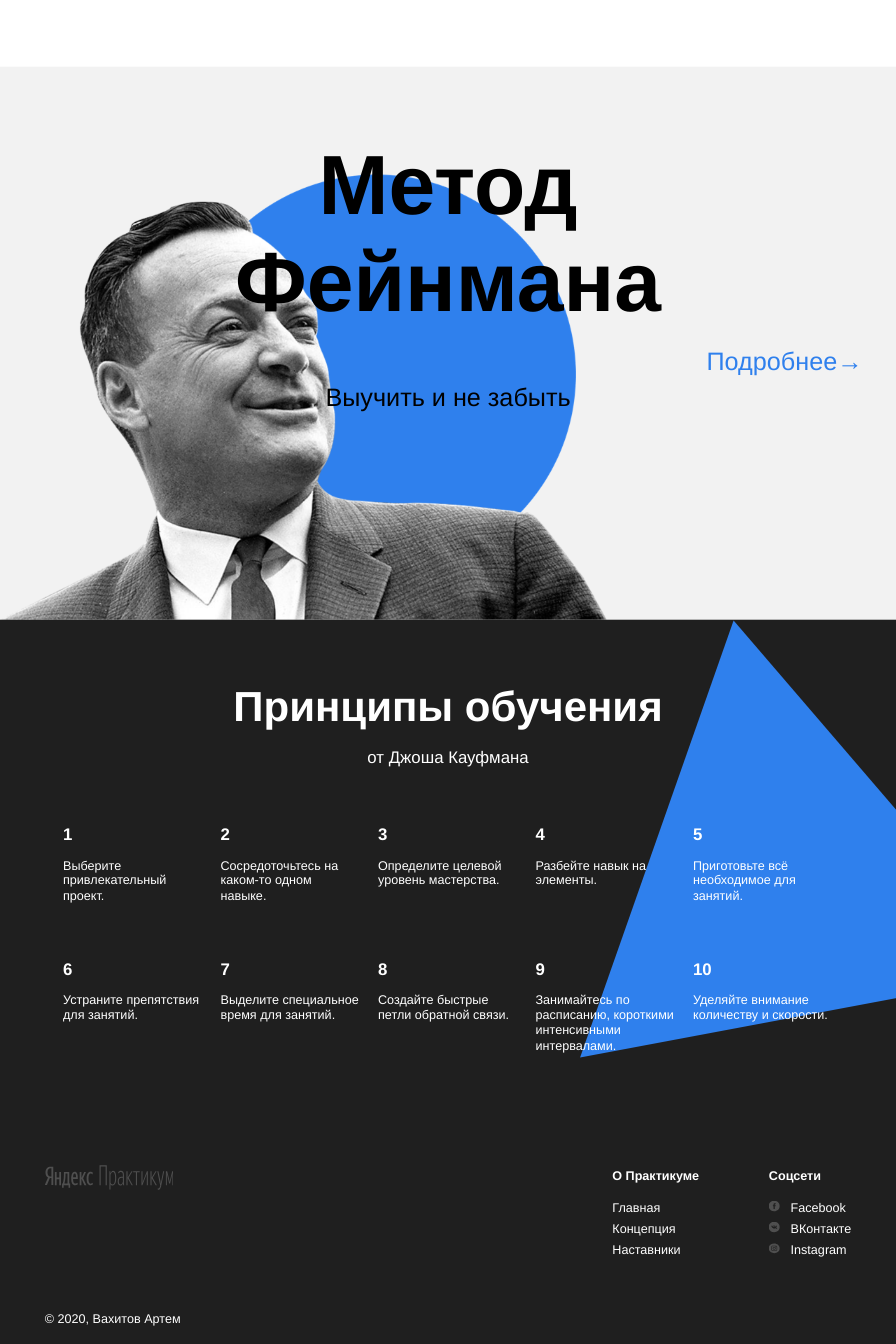
Repository: artemrgrs/how-to-learn
Page: index.html
An editor plug-in stored every save of this project. The page is shown before and after the next save, followed by the edit.
The browser window is 1280 px wide. The pictures show the part of the page from y = 1875 to 3795 px (the page is 3830 px tall before and 3930 px after), at 70% of full size.

Above is the page before, as saved 2020-12-25 10:57:34.

### index.html
<!DOCTYPE html>
<html lang="ru">
  <head>
    <meta charset="UTF-8">
    <meta name="viewport" content="width=device-width, initial-scale=1.0">
    <link rel="stylesheet" href="styles/normalize.css ">
    <link rel="stylesheet" href="styles/style.css">
    <title>Научиться учиться</title>
  </head>
  <body>
    <div class="page">
      <header class="header">
        <a class="logo logo_place_header" href="https://praktikum.yandex.ru/" target="_blank" rel="noopener"></a>
        <h1 class="header__title">Научиться учиться</h1>
        <p class="header__subtitle">Какие современные и эффективные подходы к обучению вы можете использовать в своей жизни?
          <a class="header__link" href="#">Узнать&rarr;</a>
        </p>
        <div class="header__main-illustration"></div>
        <div class="header__square-pic"></div>
      </header>
      <main class="content">
        <section class="description">
          <div class="two-columns">
            <h2 class="two-columns__brief">Главные проблемы в обучении</h2>
            <div class="two-columns__main-text">
              <p class="two-columns__paragraph">Ни в школе, ни в институте нас не учат тому, как правильно изучать материал.
                Мы готовимся к экзаменам и учим билеты. Мы тренируемся решать однообразные задачи, чтобы лучше сдать тест,
                но часто в итоге это не дает нам реального знания. Зубрежка быстро выветривается и не приносит пользы.</p>
              <p class="two-columns__paragraph"><span class="two-columns__span-accent">Вывод:</span>учиться
                тоже нужно уметь, но почему-то этому мало где учат. Что с этим делать?</p>
              <p class="two-columns__paragraph">Конкретные техники и упражнения помогают изменить подход
                к обучению, сделать его эффективным и захватывающим. Эти же техники применяются на примере обучения в Практикуме.</p>
            </div>
          </div>
        </section>
        <section class="digits">
          <h2 class="section-title">Цифры и факты</h2>
          <p class="section-subtitle">Про учёбу и мозг</p>
          <div class="table">
            <div class="table__cell">
              <h3 class="table__heading">86 миллиардов</h3>
              <p class="table__text">Число нейронов в мозге человека</p>
            </div>
            <div class="table__cell">
              <h3 class="table__heading">2.1 миллиарда</h3>
              <p class="table__text">Число нуждающихся в повышении квалификации</p>
              <p class="table__text">Всемирный Банк, 2017</p>
            </div>
            <div class="table__cell">
              <h3 class="table__heading">1000 терабайт</h3>
              <h3 class="table__text">Объём памяти человека</h3>
            </div>
            <div class="table__cell">
              <h3 class="table__heading">500 триллионов</h3>
              <p class="table__text">Число ответственных за обучение нервных синапсов у взрослого человека</p>
            </div>
            <div class="table__cell">
              <h3 class="table__heading">420 миллионов</h3>
              <p class="table__text">Число взрослых людей моложе 25 лет, не имеющих образования для трудоустройства</p>
              <p class="table__text">Всемирный Банк, 2017</p>
            </div>
            <div class="table__cell">
              <h3 class="table__heading">17–20 лет</h3>
              <p class="table__text">Пик обучаемости</p>
            </div>
            <div class="table__cell">
              <h3 class="table__heading">1885 год</h3>
              <p class="table__text">Открытие кривой забывания</p>
            </div>
            <div class="table__cell">
              <h3 class="table__heading">1889 год</h3>
              <p class="table__text">Открытие условного рефлекса</p>
            </div>
          </div>
        </section>
        <section class="feynman">
          <h2 class="feynman__title">Метод Фейнмана</h2>
          <p class="feynman__subtitle">Выучить и не забыть</p>
          <a class="feynman__link" href="#">Подробнее&rarr;</a>
        </section>
        <section class="kaufman">
          <h2 class="section-title section-title_theme_dark">Принципы обучения</h2>
          <p class="section-subtitle section-subtitle_theme_dark">от Джоша Кауфмана</p>
          <div class="table table_theme_dark">
            <div class="table__cell table__cell_theme_dark">
              <h3 class="table__heading table__heading_theme_dark">1</h3>
              <p class="table__text table__text_theme_dark">Выберите привлекательный проект.</p>
            </div>
            <div class="table__cell table__cell_theme_dark">
              <h3 class="table__heading table__heading_theme_dark">2</h3>
              <p class="table__text table__text_theme_dark">Сосредоточьтесь на каком-то одном навыке.</p>
            </div>
            <div class="table__cell table__cell_theme_dark">
              <h3 class="table__heading table__heading_theme_dark">3</h3>
              <h3 class="table__text table__text_theme_dark">Определите целевой уровень мастерства.</h3>
            </div>
            <div class="table__cell table__cell_theme_dark">
              <h3 class="table__heading table__heading_theme_dark">4</h3>
              <p class="table__text table__text_theme_dark">Разбейте навык на элементы.</p>
            </div>
            <div class="table__cell table__cell_theme_dark">
              <h3 class="table__heading table__heading_theme_dark">5</h3>
              <p class="table__text table__text_theme_dark">Приготовьте всё необходимое для занятий.</p>
            </div>
            <div class="table__cell table__cell_theme_dark">
              <h3 class="table__heading table__heading_theme_dark">6</h3>
              <p class="table__text table__text_theme_dark">Устраните препятствия для занятий.</p>
            </div>
            <div class="table__cell table__cell_theme_dark">
              <h3 class="table__heading table__heading_theme_dark">7</h3>
              <p class="table__text table__text_theme_dark">Выделите специальное время для занятий.</p>
            </div>
            <div class="table__cell table__cell_theme_dark">
              <h3 class="table__heading table__heading_theme_dark">8</h3>
              <p class="table__text table__text_theme_dark">Создайте быстрые петли обратной связи.</p>
            </div>
            <div class="table__cell table__cell_theme_dark">
              <h3 class="table__heading table__heading_theme_dark">9</h3>
              <p class="table__text table__text_theme_dark">Занимайтесь по расписанию, короткими интенсивными интервалами.</p>
            </div>
            <div class="table__cell table__cell_theme_dark">
              <h3 class="table__heading table__heading_theme_dark">10</h3>
              <p class="table__text table__text_theme_dark">Уделяйте внимание количеству и скорости.</p>
            </div>
          </div>
          <div class="kaufman__triangle"></div>
        </section>
      </main>
      <footer class="footer">
        <div class="footer__columns">
          <div class="footer__column footer__column_content_copyright">
            <div class="logo logo_place_footer"></div>
            <p class="footer__author">&copy;
            2020, Вахитов Артем</p>
          </div>
            <nav class="footer__column footer__column_content_info">
              <h2 class="footer__column-heading">О Практикуме
              </h2>
                <div class="footer__column-links">
                  <a class="footer__column-link" href="https://praktikum.yandex.ru/" target="_blank" rel="noopener">Главная</a>
                  <a class="footer__column-link" href="https://yandex.ru/support/praktikum/index.html" target="_blank" rel="noopener">Концепция</a>
                  <a class="footer__column-link" href="https://praktikum.yandex.ru/promo/mentors-school" target="_blank" rel="noopener">Наставники</a>
                </div>
            </nav>
            <div class="footer__column footer__column_content_social">
                <h2 class="footer__social-heading">Соцсети
                </h2>
              <div class="footer__column-links">
                <a class="footer__column-link" href="https://www.facebook.com/yandex.praktikum/" target="_blank" rel="noopener">
                  <img class="footer__social-icon" src="images/facebook_color_white.svg" alt="Facebook icon">
                    Facebook
                </a>
                <a class="footer__column-link" href="https://vk.com/yandex.praktikum" target="_blank" rel="noopener">
                  <img class="footer__social-icon" src="images/vk_color_white.svg" alt="VKontakte icon">
                  ВКонтакте
                </a>
                <a class="footer__column-link" href="https://www.instagram.com/yndx.praktikum/?hl=ru" target="_blank" rel="noopener">
                  <img class="footer__social-icon" src="images/instagram_color_white.svg" alt="Istagram icon">
                  Instagram
                </a>
              </div>
            </div>
        </div>
      </footer>
    </div>
  </body>
</html>

### styles/style.css
.page {
  min-width: 1100px;
  /* мы ещё не умеем делать мобильную версию сайта, */
  /* поэтому выше установлена минимальная ширина страницы */
  max-width: 1600px;
  /* выше установили ограничение по максимальной ширине */
  margin: 0 auto;
  /* выше для экранов больше 1600px отцентрировали весь контент */
  font-family: 'Helvetica Neue', Arial, sans-serif;
}

.header {
  display: flex;
  height: 100vh;
  /* выше установили ограничения для секции */
  min-height: 600px;
  max-height: 756px;
  position: relative;
  flex-direction: column;
  justify-content: center;
  background-color: #f2f2f2;
}

.logo {
  width: 183px;
}

.logo_place_header {
  height: 32px;
  position: absolute;
  top: 30px;
  left: 64px;
  background-image: url('../images/logo_place_header.svg');
}

.header__title {
  width: 730px;
  font-size: 102px;
  font-weight: bold;
  line-height: 96px;
  margin-top: 0;
  margin-right: 0;
  margin-bottom: 0;
  margin-left: 64px;
  z-index: 2;
}

.header__subtitle {
  width: 388px;
  position: absolute;
  left: 64px;
  bottom: 30px;
  z-index: 2;
  line-height: 25px;
  font-size: 18px;
  margin: 0;
}

.header__link {
  color: #2f80ed;
  text-decoration: none;
}

.header__main-illustration {
  background-image: url("../images/header-image.png");
  background-size: cover;
  background-position: center;
  background-repeat: no-repeat;
  width: 765px;
  height: 608px;
  position: absolute;
  bottom: 0;
  right: 0;
  z-index: 1;
  margin: 0;
}

/* ниже мы привели пример двух селекторов, чтобы вы вспомнили запись элемента */
.header__square-pic {
  height: 568px;
  width: 568px;
  background-color: #2f80ed;
  position: absolute;
  right: 0;
  top: 64px;
}

.description {
  margin-left: auto;
  margin-right: auto;
}

.two-columns {
  width: 80%;
  min-width: 784px;
  display: flex;
  margin-left: auto;
  margin-right: auto;
  margin-top: 100px;
}

.two-columns__brief {
  min-width: 175px;
  line-height: 1.2;
  font-size: 18px;
  font-weight: normal;
  color: #2f80ed;
  margin:0;
}

.two-columns__main-text {
  width: 80%;
  min-width: 784px;
  display: flex;
  flex-direction: column;
  justify-content: space-between;
}

.two-columns__paragraph {
  line-height: 34px;
  font-size: 24px;
  font-weight: normal;
  display: block;
  margin: 0 0 30px 0;
}

.two-columns__paragraph:last-child {
  margin: 0;
}

.two-columns__span-accent {
  font-weight: bold;
}

.digits {
  display: flex;
  flex-direction: column;
  align-items: center;
  text-align: center;
}

.section-title {
  line-height: 1.15;
  font-size: 60px;
  font-weight: bold;
  margin-top: 100px;
  margin-bottom: 0;
  width: 60%;
}

.section-subtitle {
  line-height: 34px;
  font-size: 24px;
  font-weight: normal;
  margin-top: 20px;
  margin-bottom: 0;
  width: 60%;
}

.table {
  display: flex;
  flex-wrap: wrap;
  justify-content: space-between;
  width: 1100px;
  margin: 0 auto 100px;
  text-align: left;
}

.table__cell {
  width: 250px;
}

.table__heading {
  line-height: 1.15;
  font-size: 24px;
  font-weight: bold;
  padding-top: 60px;
  padding-left: 0;
  padding-right: 0;
  padding-bottom: 0;
  margin: 0;
}

.table__text {
  line-height: 1.2;
  font-size: 18px;
  font-weight: normal;
  padding-top: 20px;
  padding-left: 0;
  padding-bottom: 0;
  padding-right: 0;
  margin: 0;
  vertical-align: text-top;
}

.feynman {
  min-height: 790px;
  background-image: url('../images/feynman.png');
  background-repeat: no-repeat;
  background-position: 0 100%;
  background-size: 867px 637px;
  align-items: center;
  display: flex;
  flex-direction: column;
  position: relative;
  background-color: #f2f2f2;
}

.feynman__title {
  width: 648px;
  margin: 0;
  line-height: 1.15;
  font-size: 120px;
  font-weight: bold;
  text-align: center;
  padding-top: 100px;
}

.feynman__subtitle {
  line-height: 51px;
  font-size: 36px;
  font-weight: normal;
  margin: 0;
  margin-top: 70px;
}

.feynman__link {
  line-height: 51px;
  font-size: 36px;
  font-weight: normal;
  position: absolute;
  top: 50%;
  right: 48px;
  text-decoration: none;
  color: #2f80ed;
}

.kaufman {
  display: flex;
  flex-direction: column;
  align-items: center;
  text-align: center;
  background-color: #1f1f1f;
  position: relative;
  overflow: hidden;
}

.section-title_theme_dark {
  margin-top: 90px;
  color: white;
  z-index: 2;
}

.section-subtitle_theme_dark {
  margin-top: 20px;
  color: white;
  z-index: 2;
}

.table_theme_dark {
  z-index: 2;
}

/* и элемента с модификатором вида ключ-значение */
.table__cell_theme_dark {
  width: 200px;
  color: white;
  margin-right: 0;
  margin-top: 80px;
}

.table__heading_theme_dark {
  padding-top: 0;
}

.table__text_theme_dark {
  padding-top: 20px;
}

.kaufman__triangle {
  position: absolute;
  right: -210px;
  width: 877px;
  height: 877px;
  background-image: url('../images/kaufman-triangle.svg');
  background-size: contain;
}

.footer {
  background-color: #1f1f1f;
  min-height: 350px;
  padding-top: 60px;
  padding-bottom: 40px;
  padding-right: 0;
  padding-left: 0;
  display: flex;
  box-sizing: border-box;
}

.footer__columns {
  display: flex;
  width: 90%;
  margin: 0 auto;
  justify-content: space-between;
}

.footer__column {
  display: flex;
  flex-direction: column;
}

.footer__column_content_copyright {
  justify-content: space-between;
  flex-basis: 711px;
}

.logo_place_footer {
  height: 35px;
  background-image: url('../images/logo_place_footer.svg');
  background-repeat: no-repeat;
}

.footer__author {
  margin: 18px 0;
  line-height: 25px;
  font-size: 18px;
  font-weight: normal;
  color: white;
  display: inline-block;
}

/*.footer__column_content_info {

}*/

.footer__column-heading {
  line-height: 30px;
  font-size: 18px;
  font-weight: bold;
  color: white;
  margin: 0;
}

.footer__column-links {
  display: flex;
  flex-direction: column;
  line-height: 30px;
  font-size: 18px;
  font-weight: normal;
  color: white;
  margin-top: 20px;
  margin-top: 16px;
}

.footer__column-link {
  line-height: 30px;
  font-size: 18px;
  font-weight: normal;
  color: white;
  text-decoration: none;
}

.footer__column_content_social {
  line-height: 30px;
  font-size: 18px;
  font-weight: normal;
  color: white;
}

.footer__social-heading {
  line-height: 30px;
  font-size: 18px;
  font-weight: bold;
  color: white;
  margin: 0;
}

.footer__social-icon {
  width: 16px;
  height: 16px;
  margin-right: 10px;
}

/*just a comment to commit*/

Loaded but not shown: styles/normalize.css (library)

After the next save:
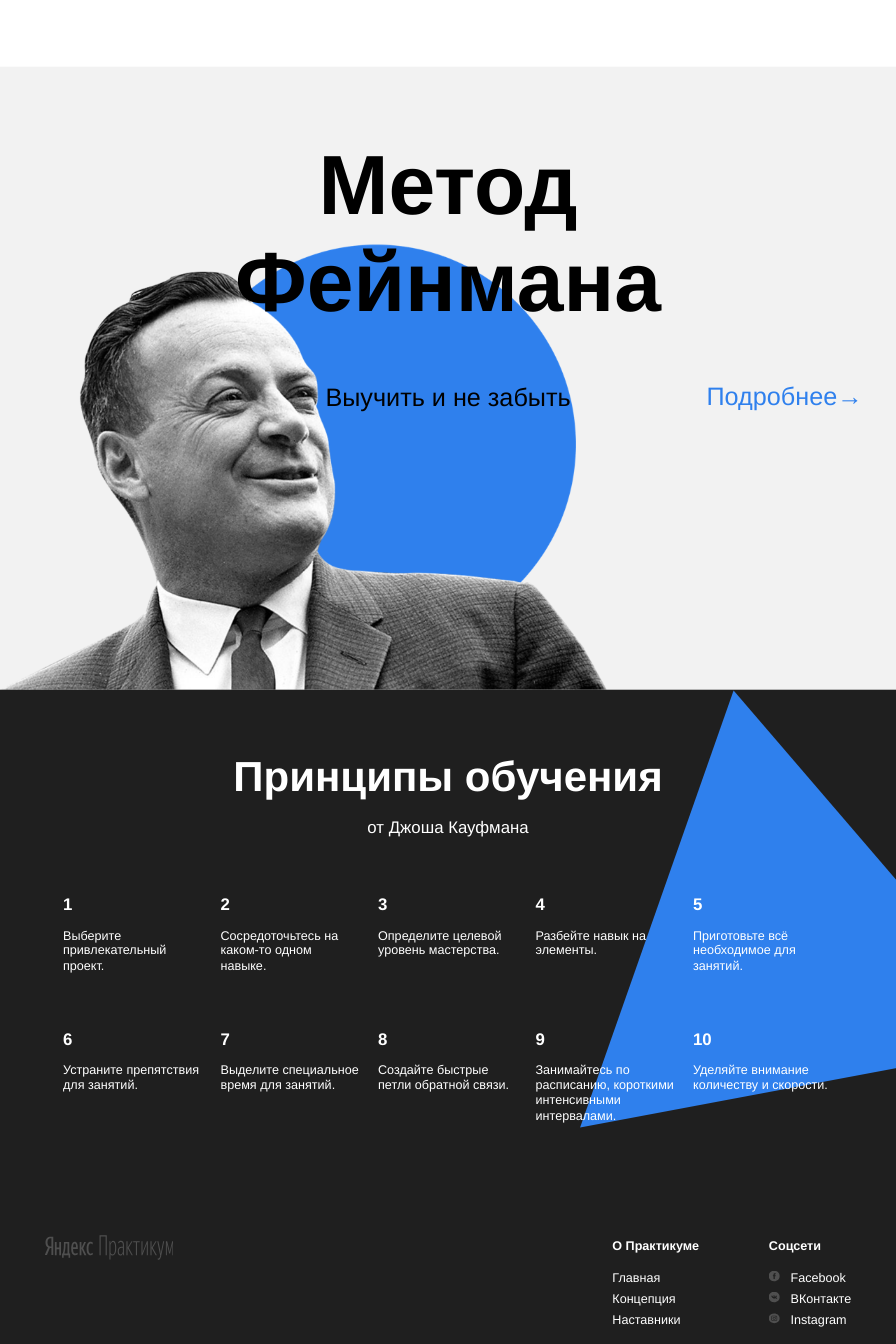
Saved 60 s later.
--- a/styles/style.css
+++ b/styles/style.css
@@ -204,6 +204,7 @@
   flex-direction: column;
   position: relative;
   background-color: #f2f2f2;
+  padding-top: 100px;
 }
 
 .feynman__title {
@@ -213,7 +214,6 @@
   font-size: 120px;
   font-weight: bold;
   text-align: center;
-  padding-top: 100px;
 }
 
 .feynman__subtitle {
